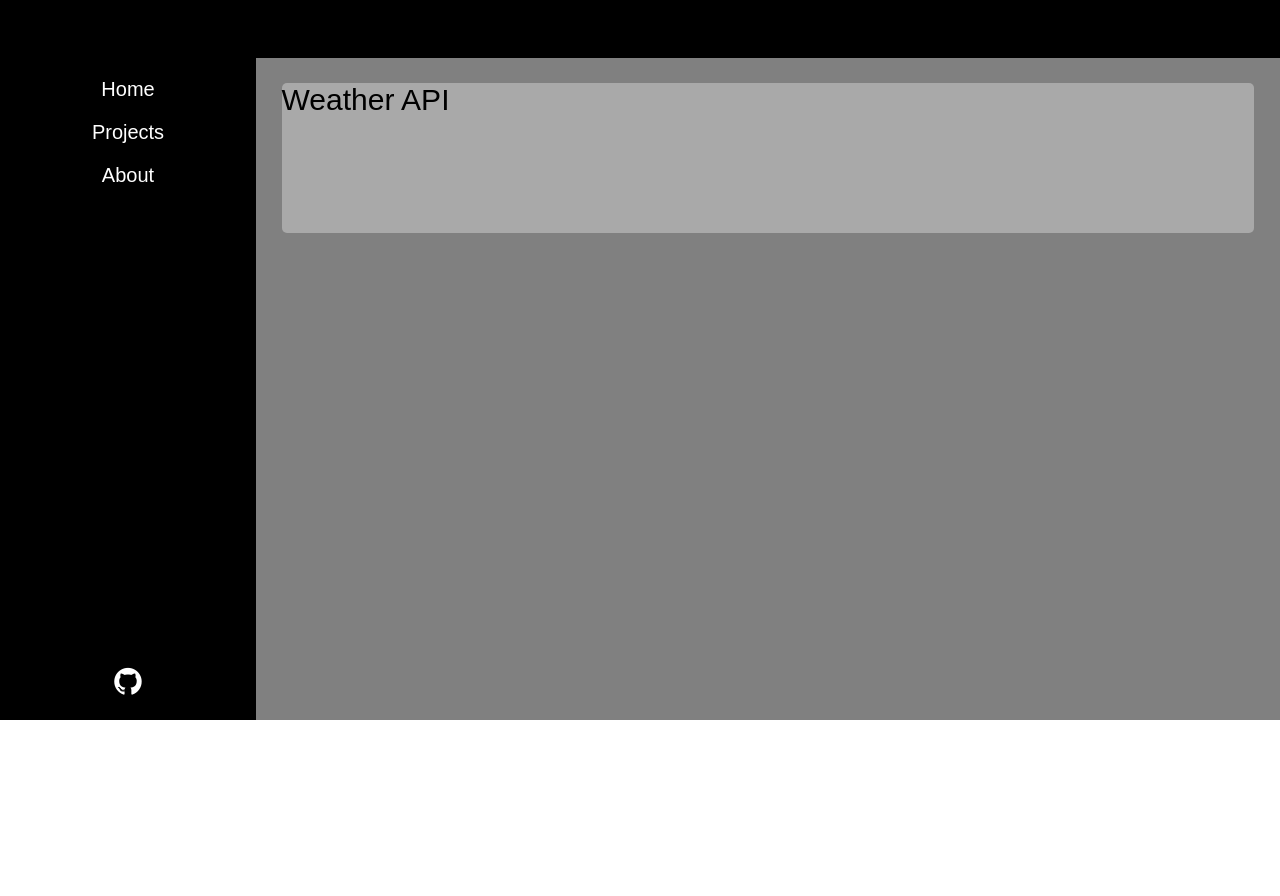
Repository: josephinel6/josephinel6.github.io
Page: index.html
The author's editor kept a copy of each file at every save. The page is drawn from the files as they stood at one save, then again after the next save.
The browser window is 1280 px wide. The pictures show the whole page.

Above is the page before, as saved 2023-04-04 14:57:32.

### index.html
<!DOCTYPE html>
<html>

<head>
    <style>
        :root.light {
            --color-bg: white;
            --color-menu-text: black;
            --color-page-bg: gray;
        }

        :root.dark {
            --color-bg: black;
            --color-menu-text: white;
            --color-page-bg: gray;
            --color-obj-bg: darkgray;
        }

        /* :root {
            --color-bg: black;
        } */

        html,
        body {
            height: 100%;
            width: 100%;
            margin: 0;
            position: relative;
            /* border-color: blue;
            border-radius: 10px;
            border-style: solid; */
            padding: 0;
        }

        #menu {
            height: 100%;
            width: 20%;
            position: absolute;
            z-index: 1;
            top: 0;
            bottom: 0;
            background-color: var(--color-bg);
        }

        #topbar {
            width: 100%;
            height: 8%;
            background-color: var(--color-bg);
            position: absolute;
        }

        .menutext {
            color: var(--color-menu-text);
            font-family: sans-serif;
            font-size: 20px;
        }

        .fa-github {
            color: var(--color-menu-text);
        }

        #window {
            background-color: var(--color-page-bg);
            position: absolute;
            height: 92%;
            width: 80%;
            right: 0;
            bottom: 0;
        }

        .tabcontent {
            height: 100%;
            width: 100%;
            position: absolute;
        }

        .projectbutton {
            height: 150px;
            width: 95%;
            margin-top: 2.5%;
            margin-left: 2.5%;
            background-color: var(--color-obj-bg);
            border-radius: 5px;
            font-family: sans-serif;
            font-size: 30px;
        }
    </style>
    <link rel="stylesheet" href="https://cdnjs.cloudflare.com/ajax/libs/font-awesome/4.7.0/css/font-awesome.min.css">
    <script type="module" src="https://cdn.jsdelivr.net/gh/zerodevx/zero-md@2/dist/zero-md.min.js"></script>
    <script type="module" src="https://md-block.verou.me/md-block.js"></script>
</head>

<body>
    <div id="menu">
        <div style="position:absolute; top: 8%; width: 100%; text-align: center;">

            <p class="menutext"> Home </p>
            <p class="menutext"> Projects </p>
            <p class="menutext"> About </p>

        </div>

        <div style="position:absolute; bottom:3%; width: 100%; text-align: center;">
            <a href="https://github.com/josephinel6" class="fa fa-github fa-2x" style="text-decoration: none;"></a>
        </div>
    </div>
    <div id="topbar">

    </div>
    <div id="window">
        <div class="projectbutton" onclick="openpage('weatherAPI')"> Weather API </div>
        <zero-md src="https://josephinel6.github.io/about.md" class="tabcontent" id="weatherAPI"></zero-md>
        <div class="tabcontent" id="about"></div>
    </div>
    <script>
        window.onload = function () {
            document.documentElement.classList.remove("light")
            document.documentElement.classList.add("dark")
            window.localStorage.setItem('mode', 'dark');
            console.log("dark")
        }

        function openpage(pageName) {
            var i, tabcontent, tablinks;
            tabcontent = document.getElementsByClassName("tabcontent");
            for (i = 0; i < tabcontent.length; i++) {
                tabcontent[i].style.display = "none";
            }
            tablinks = document.getElementsByClassName("tablink");
            for (i = 0; i < tablinks.length; i++) {
                tablinks[i].style.backgroundColor = "";
            }
            document.getElementById(pageName).style.display = "block";

            document.body.scrollTop = 0;
            document.documentElement.scrollTop = 0;
        }
    </script>

</body>

</html>

After the next save:
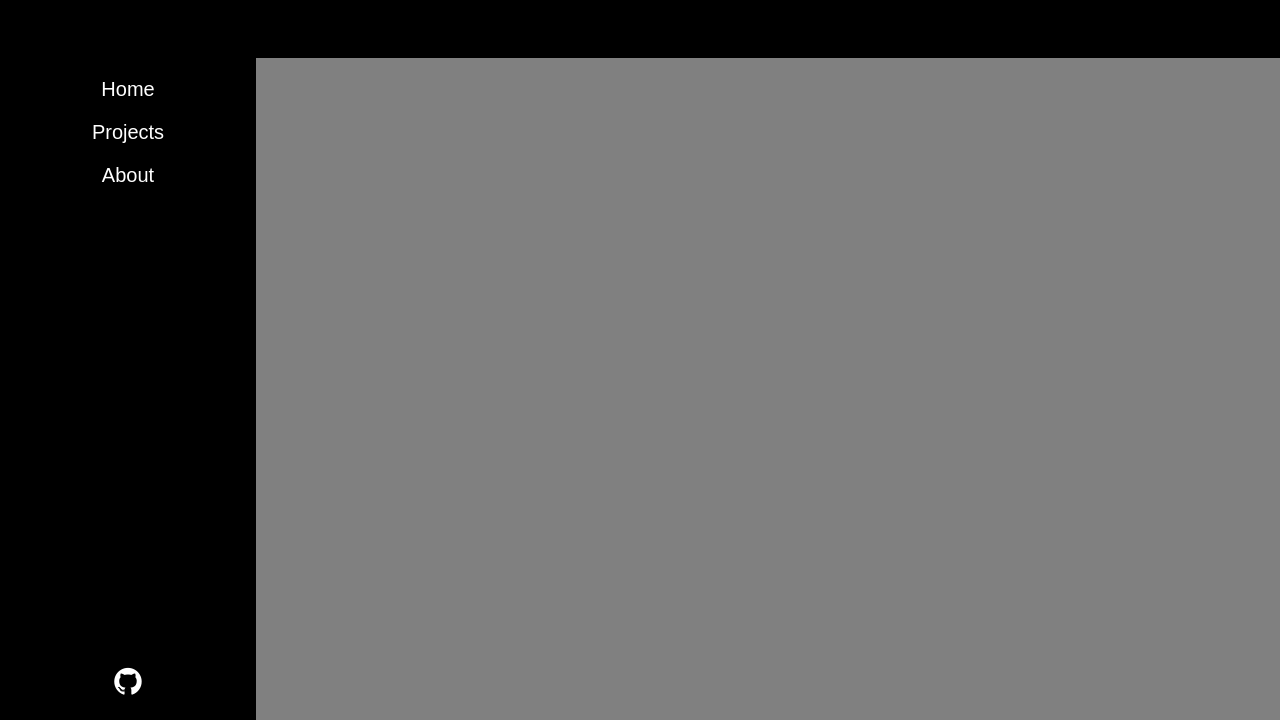
Saved 20 s later.
--- a/index.html
+++ b/index.html
@@ -108,7 +108,7 @@
 
     </div>
     <div id="window">
-        <div class="projectbutton" onclick="openpage('weatherAPI')"> Weather API </div>
+        <div class="projectbutton tabcontent" onclick="openpage('weatherAPI')"> Weather API </div>
         <zero-md src="https://josephinel6.github.io/about.md" class="tabcontent" id="weatherAPI"></zero-md>
         <div class="tabcontent" id="about"></div>
     </div>
@@ -118,6 +118,10 @@
             document.documentElement.classList.add("dark")
             window.localStorage.setItem('mode', 'dark');
             console.log("dark")
+            tabcontent = document.getElementsByClassName("tabcontent");
+            for (i = 0; i < tabcontent.length; i++) {
+                tabcontent[i].style.display = "none";
+            }
         }
 
         function openpage(pageName) {
